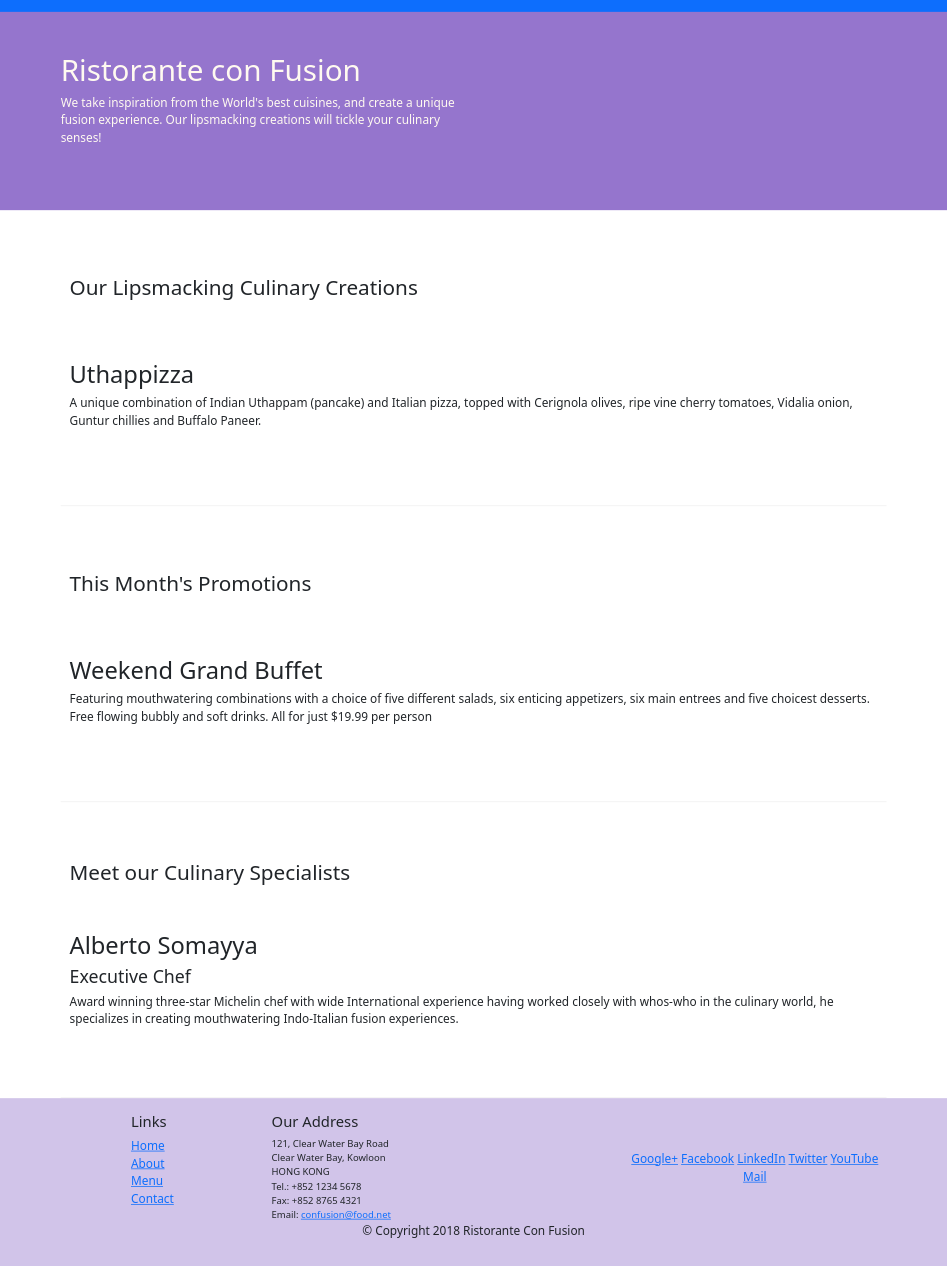
Repository: devjeremyjake/confusion
Page: index.html
The author's editor kept a copy of each file at every save. The page is drawn from the files as they stood at one save, then again after a run of saves.
The browser window is 1280 px wide. The pictures show the whole page, at 74% of full size.
Some web libraries are served in a nearby version.

Above is the page before, as saved 2020-01-30 15:57:36.

### index.html
<!DOCTYPE html>
<html lang="en">
<head>
    <meta charset="UTF-8">
    <meta name="viewport" content="width=device-width, initial-scale=1.0">
    <meta http-equiv="X-UA-Compatible" content="ie=edge">
    <title>Ristorante Con Fusion</title>
    <link rel="stylesheet" href="node_modules/bootstrap/dist/css/bootstrap.min.css">
    <link rel="stylesheet" href="css/style.css">
</head>

<body>
    <nav class="navbar navbar-dark navbar-expand-sm bg-primary fixed-top">
        <div class="contianer">

        </div>
    </nav>
   <header class="jumbotron">
        <div class="container">
            <div class="row row-header align-items-center">
                <div class="col-12 col-sm-6">
                    <h1>Ristorante con Fusion</h1>
                    <p>We take inspiration from the World's best cuisines, and create a unique fusion experience. Our lipsmacking creations will tickle your culinary senses!</p>
                </div>
                <div class="col-12 col-sm">
                </div>
            </div>
        </div>
    </header>

    <div class="container">
        <div class="row row-content align-items-center">
            <div>
                <h3>Our Lipsmacking Culinary Creations</h3>
            </div>
            <div>
                <h2>Uthappizza</h2>
                <p>A unique combination of Indian Uthappam (pancake) and Italian pizza, topped with Cerignola olives, ripe vine cherry tomatoes, Vidalia onion, Guntur chillies and Buffalo Paneer.</p>
            </div>
        </div>


        <div class="row row-content align-items-center">
            <div>
                <h3>This Month's Promotions</h3>
            </div>
            <div>
                <h2>Weekend Grand Buffet</h2>
                <p>Featuring mouthwatering combinations with a choice of five different salads, six enticing appetizers, six main entrees and five choicest desserts. Free flowing bubbly and soft drinks. All for just $19.99 per person </p>
            </div>
        </div>

        <div class="row row-content align-items-center">
            <div>
                <h3>Meet our Culinary Specialists</h3>
            </div>
            <div>
                <h2>Alberto Somayya</h2>
                <h4>Executive Chef</h4>
                <p>Award winning three-star Michelin chef with wide International experience having worked closely with whos-who in the culinary world, he specializes in creating mouthwatering Indo-Italian fusion experiences. </p>
            </div>
        </div>
    </div>

    <footer class="footer">
        <div class="container">
            <div class="row">
                <div class="col-4 offset-1 col-sm-2">
                    <h5>Links</h5>
                    <ul class="list-unstyled">
                        <li><a href="#">Home</a></li>
                        <li><a href="#">About</a></li>
                        <li><a href="#">Menu</a></li>
                        <li><a href="#">Contact</a></li>
                    </ul>
                </div>
                <div class="col-7 col-sm-5">
                    <h5>Our Address</h5>
                    <address>
		              121, Clear Water Bay Road<br>
		              Clear Water Bay, Kowloon<br>
		              HONG KONG<br>
		              Tel.: +852 1234 5678<br>
		              Fax: +852 8765 4321<br>
		              Email: <a href="mailto:confusion@food.net">confusion@food.net</a>
		           </address>
                </div>
                <div class="col-12 col-sm-4 align-self-center">
                    <div class="text-center">
                        <a href="http://google.com/+">Google+</a>
                        <a href="http://www.facebook.com/profile.php?id=">Facebook</a>
                        <a href="http://www.linkedin.com/in/">LinkedIn</a>
                        <a href="http://twitter.com/">Twitter</a>
                        <a href="http://youtube.com/">YouTube</a>
                        <a href="mailto:">Mail</a>
                    </div>
                </div>
           </div>
           <div class="row justify-content-center">
                <div class="col-auto">
                    <p>© Copyright 2018 Ristorante Con Fusion</p>
                </div>
           </div>
        </div>
    </footer>

    <script src="node_modules/jquery/dist/jquery.slim.min.js"></script>
    <script src="node_modules/popper.js/dist/umd/popper.min.js"></script>
    <script src="node_modules/bootstrap/dist/js/bootstrap.min.js"></script>
</body>

</html>

### css/style.css
.row-header {
    margin: px auto;
    padding: 0px;
}

.row-content {
    margin: 0px auto;
    padding: 50px 0px 50px 0px;
    border-bottom: 1px ridge;
    min-height: 400px;
}

.footer {
    background-color: #D1C4E9;
    margin: 0px auto;
    padding: 20px 0px 20px 0px;
}

.jumbotron {
    padding: 70px 30px 70px 30px;
    margin: 0px auto;
    background: #9575CD;
    color: floralwhite;
}

address {
    font-size: 80%;
    margin: 0px;
}

After the next 3 saves:
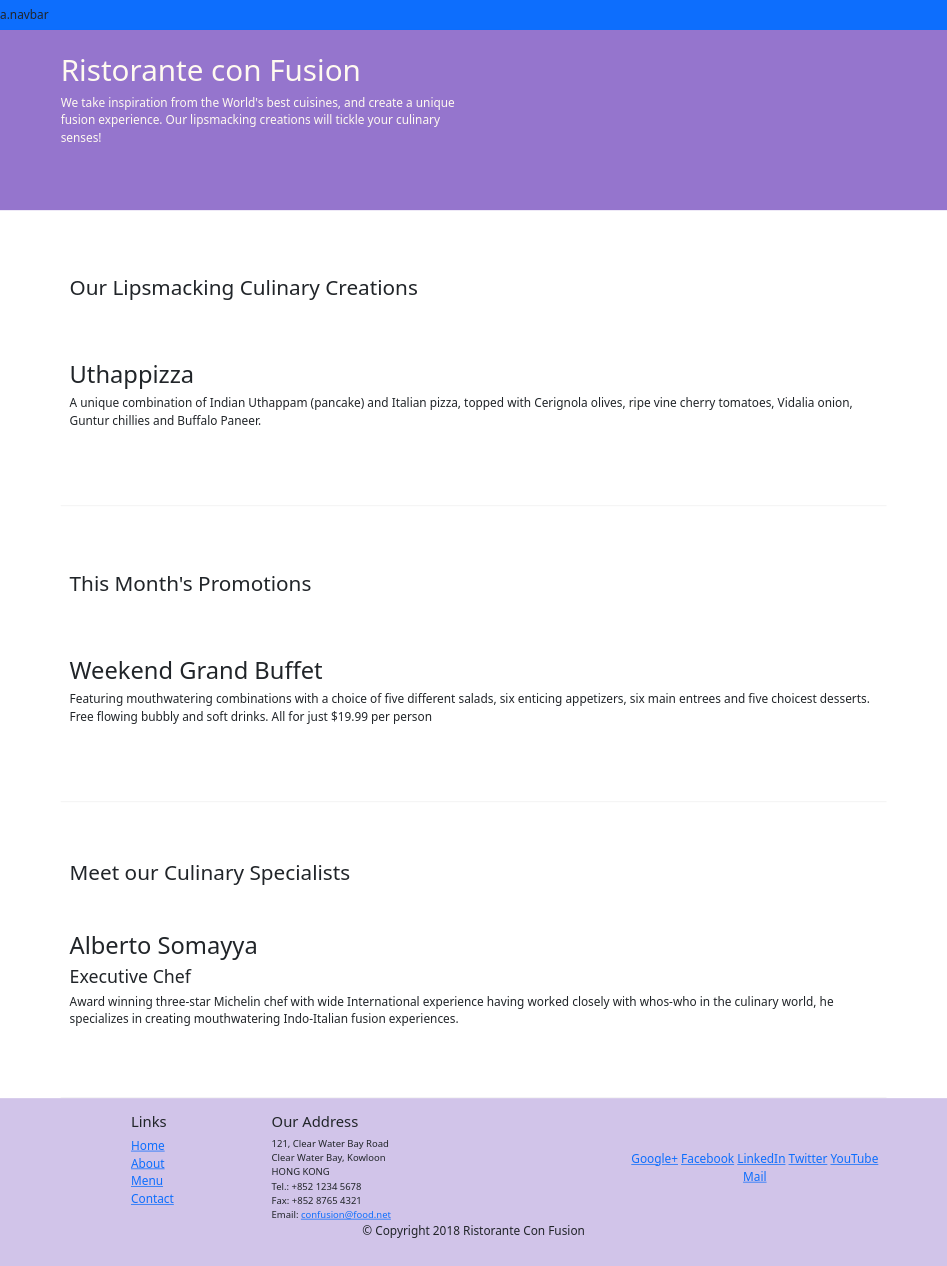
The 3 saves are shown as one change because they came seconds apart.
The last was saved 25 s later.
--- a/index.html
+++ b/index.html
@@ -12,7 +12,7 @@
 <body>
     <nav class="navbar navbar-dark navbar-expand-sm bg-primary fixed-top">
         <div class="contianer">
-
+            a.navbar
         </div>
     </nav>
    <header class="jumbotron">
